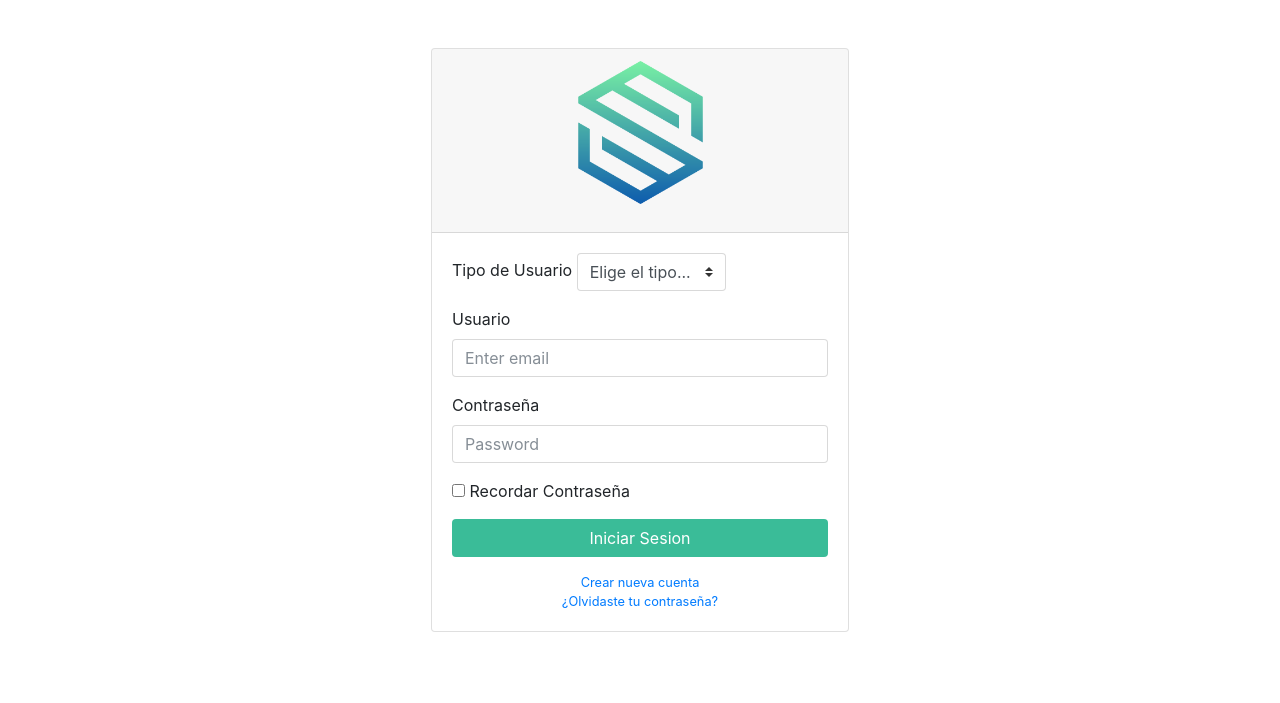
Repository: krojas1997/Test_Project
Page: http://localhost/GREENLIGHT/pages/login.jsp
These files come from the project's save history. The page is drawn as it stood at one moment and after the next save; the edit follows.
The browser window is 1280 px wide. The pictures show the whole page.
Some web libraries are served in a nearby version. The page is served by Tomcat 9.

Above is the page before, as saved 2017-11-06 06:13:16.

After the next save:
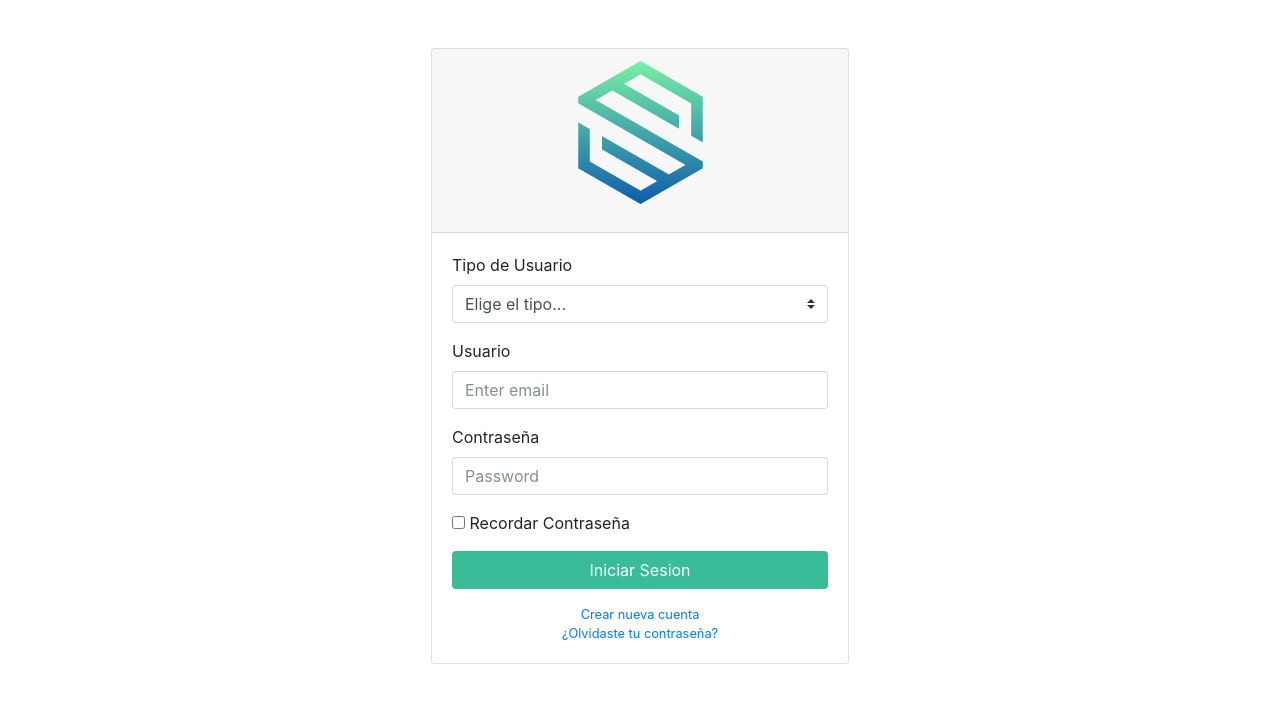
Saved 55 s later.
--- a/Test_GreenLight/GREENLIGHT/WebContent/pages/login.jsp
+++ b/Test_GreenLight/GREENLIGHT/WebContent/pages/login.jsp
@@ -18,7 +18,7 @@
         <form>
     	  <div class="form-group">
     	  	<label for="exampleInputEmail1">Tipo de Usuario</label>
-	        <select class="custom-select">
+	        <select class="custom-select" style="width: 100%;">
 			  <option selected>Elige el tipo...</option>
 			  <option value="1">Paciente</option>
 			  <option value="2">Medico</option>

After the 2 saves that followed:
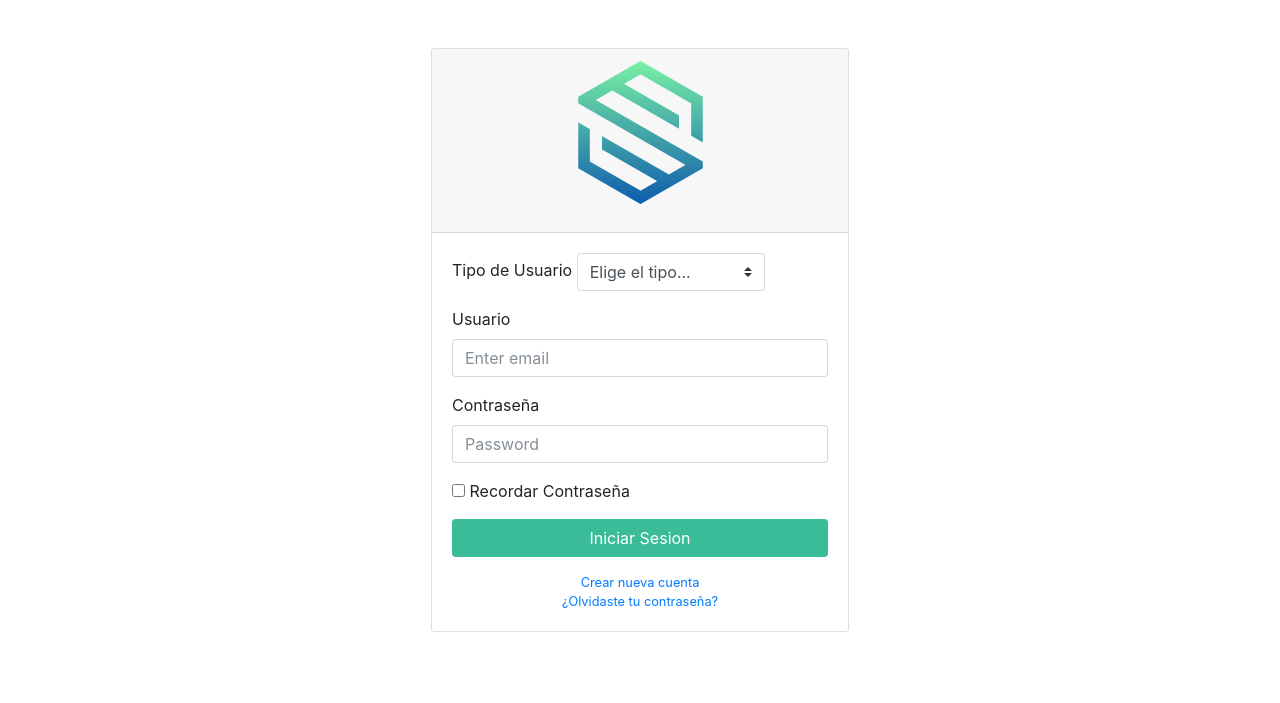
The 2 saves are shown as one change because 1 left the picture as it was.
The last was saved 2 min 18 s later.
--- a/Test_GreenLight/GREENLIGHT/WebContent/pages/login.jsp
+++ b/Test_GreenLight/GREENLIGHT/WebContent/pages/login.jsp
@@ -18,9 +18,9 @@
         <form>
     	  <div class="form-group">
     	  	<label for="exampleInputEmail1">Tipo de Usuario</label>
-	        <select class="custom-select" style="width: 100%;">
+	        <select class="custom-select" style="width: 50%;">
 			  <option selected>Elige el tipo...</option>
-			  <option value="1">Paciente</option>
+			  <option value="1" >Paciente</option>
 			  <option value="2">Medico</option>
 			  <option value="3">Administrador</option>
 			</select>
